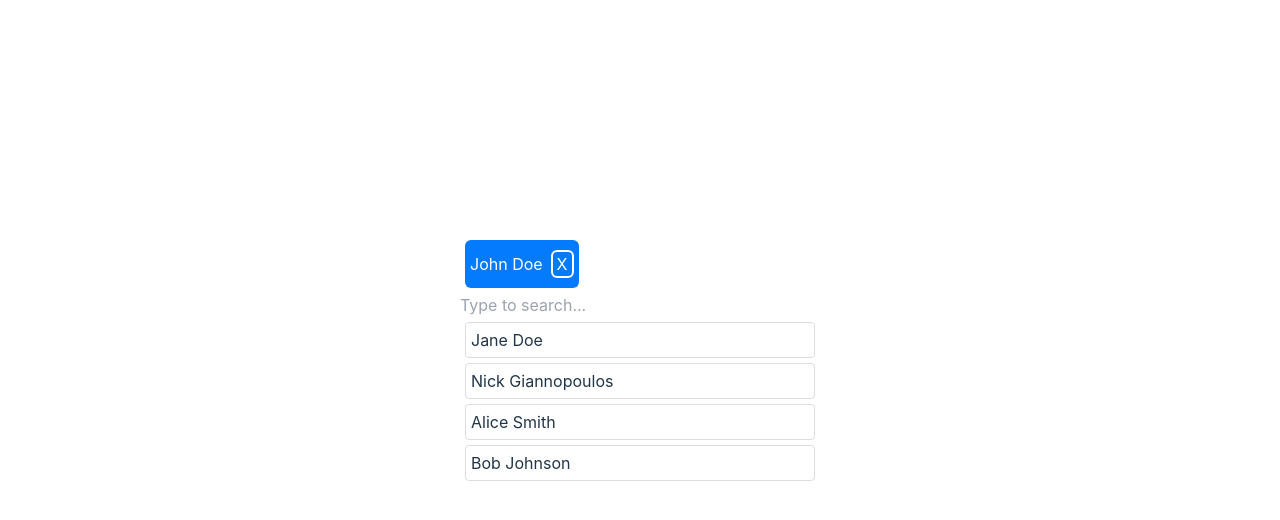
Repository: Ayansaxena24/Chip
Page: /, after clicking the first element matching `li`
An editor plug-in stored every save of this project. The page is shown before and after a run of saves, followed by the edit.
The browser window is 1280 px wide. The pictures show the whole page.
Some web libraries are served in a nearby version. The project was rebuilt for these pictures with package versions that can differ from the ones it lists, and the page was loaded fresh each time. Also part of the build but not shown: vite.config.ts.

Above is the page before, as saved 2024-01-16 03:10:37.

After the next 3 saves:
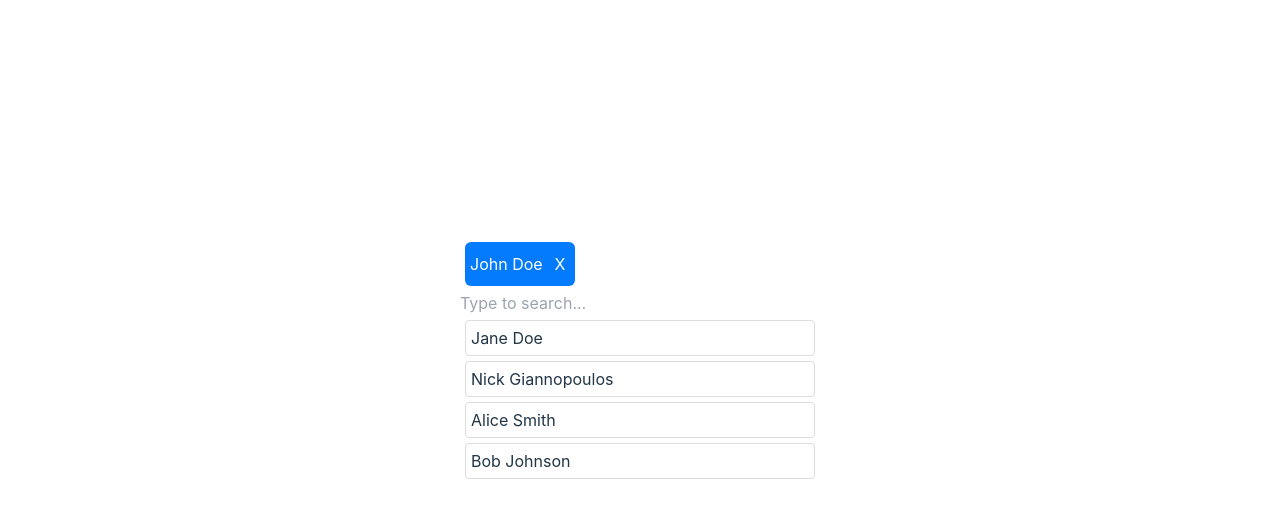
The 3 saves are shown as one change because they came seconds apart.
The last was saved 20 s later.
--- a/src/ChipInput.tsx
+++ b/src/ChipInput.tsx
@@ -82,7 +82,7 @@ const ChipInput: React.FC = () => {
               onClick={() => handleChipRemove(chip.id)}
             >
               {chip.label}
-              <span className="border-white border-2 rounded-md px-1 ml-2">X</span>
+              <span className="hover:border-white hover:border-2 hover:rounded-md px-1 ml-2">X</span>
             </div>
           ))}
           <input
